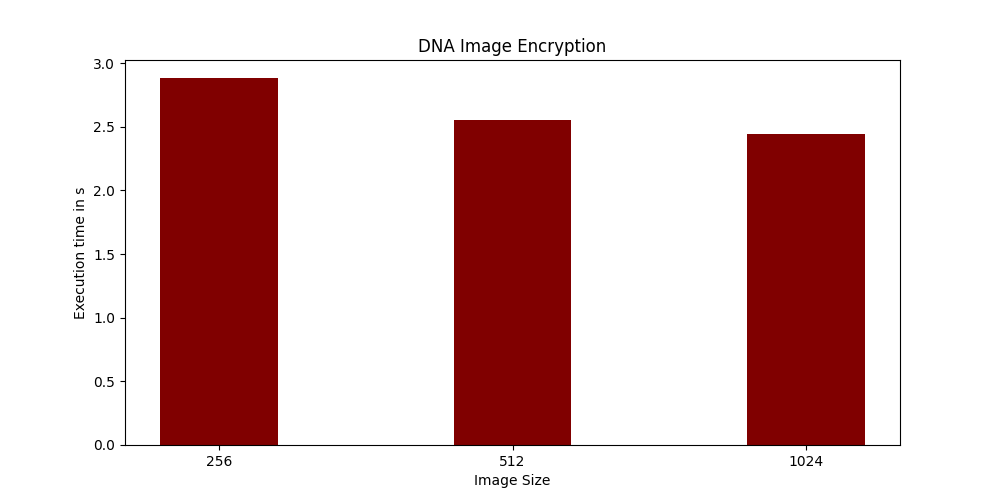
Repository: vishalsinghhh/DNA-cryptography-Project
Script's output: python DNA/Graphs.py
An editor plug-in stored every save of this project. The script's output is shown before and after a run of saves, followed by the edit.
Random numbers start from a fixed seed.

Above is the script's output before, as saved 2023-04-11 10:38:10.

### DNA/Graphs.py
import numpy as np
import matplotlib.pyplot as plt


# creating the dataset
data = {'256':2.88, '512':2.55, '1024':2.44}
courses = list(data.keys())
values = list(data.values())

fig = plt.figure(figsize = (10, 5))

# creating the bar plot
plt.bar(courses, values, color ='maroon',
        width = 0.4)

plt.xlabel("Image Size")
plt.ylabel("Execution time in s")
plt.title("DNA Image Encryption")
plt.show()

After the next 2 saves:
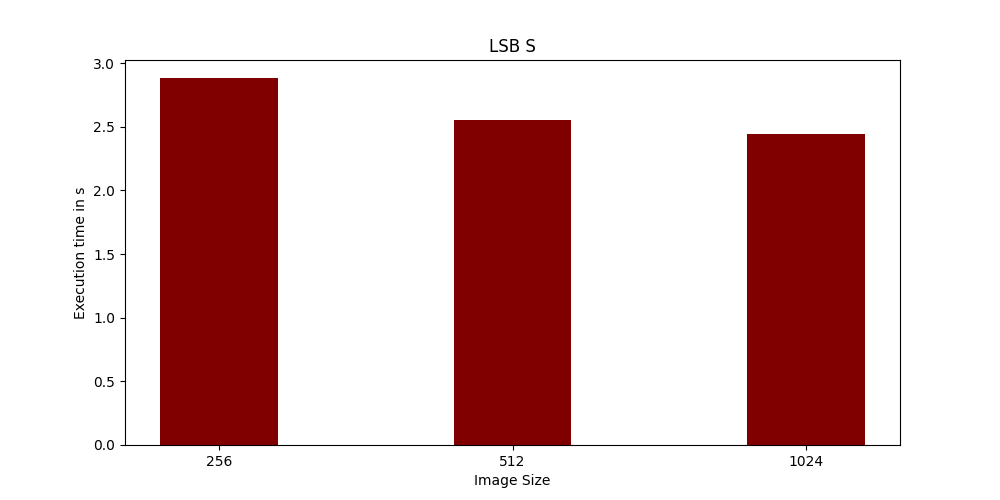
The 2 saves are shown as one change because they came seconds apart.
The last was saved 14 s later.
--- a/DNA/Graphs.py
+++ b/DNA/Graphs.py
@@ -15,5 +15,5 @@ plt.bar(courses, values, color ='maroon',
 
 plt.xlabel("Image Size")
 plt.ylabel("Execution time in s")
-plt.title("DNA Image Encryption")
+plt.title("LSB S")
 plt.show()
